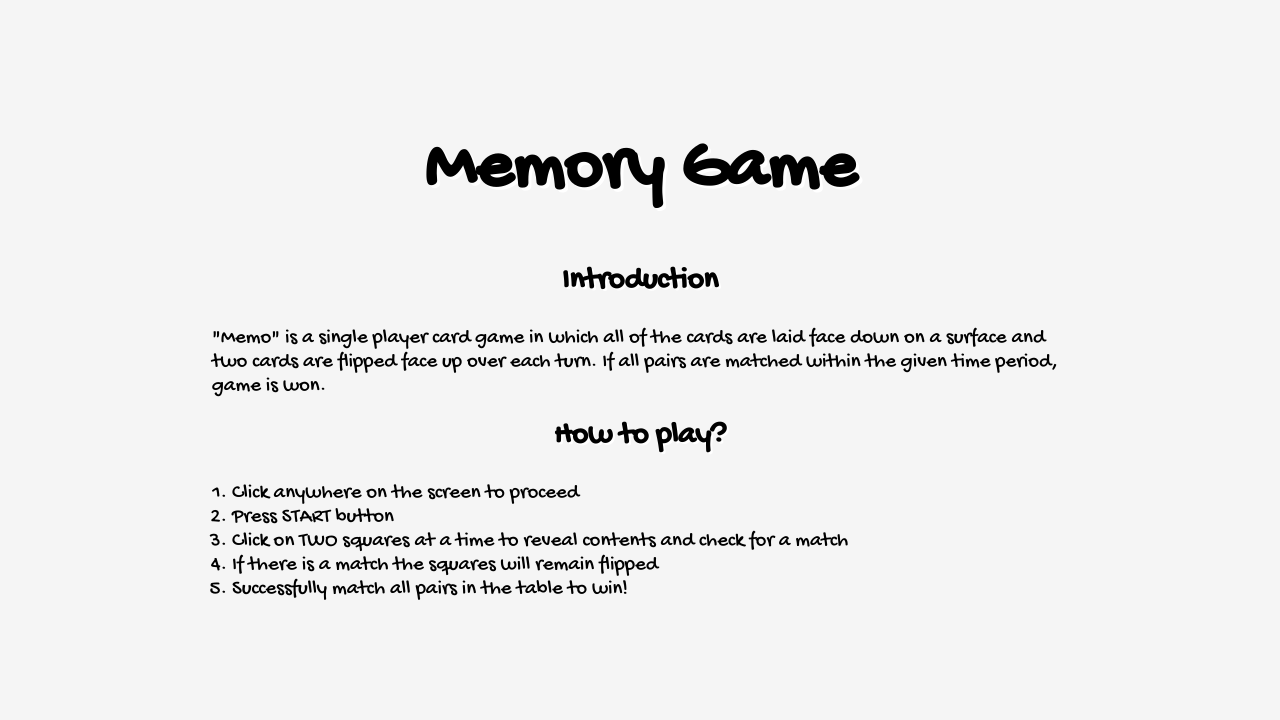
Repository: lauramika/Memory-Game
Page: index.html
The author's editor kept a record of every edit. The page is drawn from the files as they stood at one moment, then again after the next edit.
The browser window is 1280 px wide. The pictures show the window.
A layer covers the whole window, so only the first screen is drawn.

Above is the page before.

After the next edit:
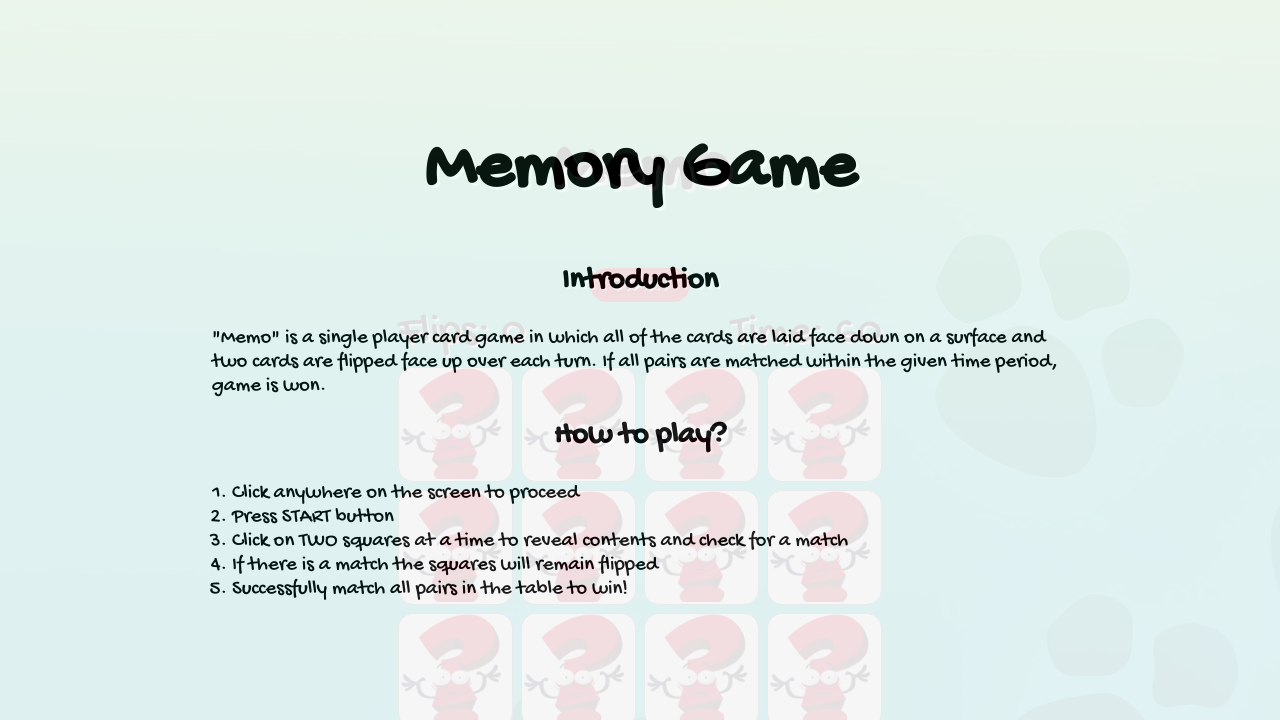
The edit:
--- a/style.css
+++ b/style.css
@@ -136,7 +136,7 @@
   top: 0;
   left: 0;
   right: 0;
-  bottom: 0;*/
+  bottom: 0;
   opacity: .9;
   padding-bottom: 50px;
 }
